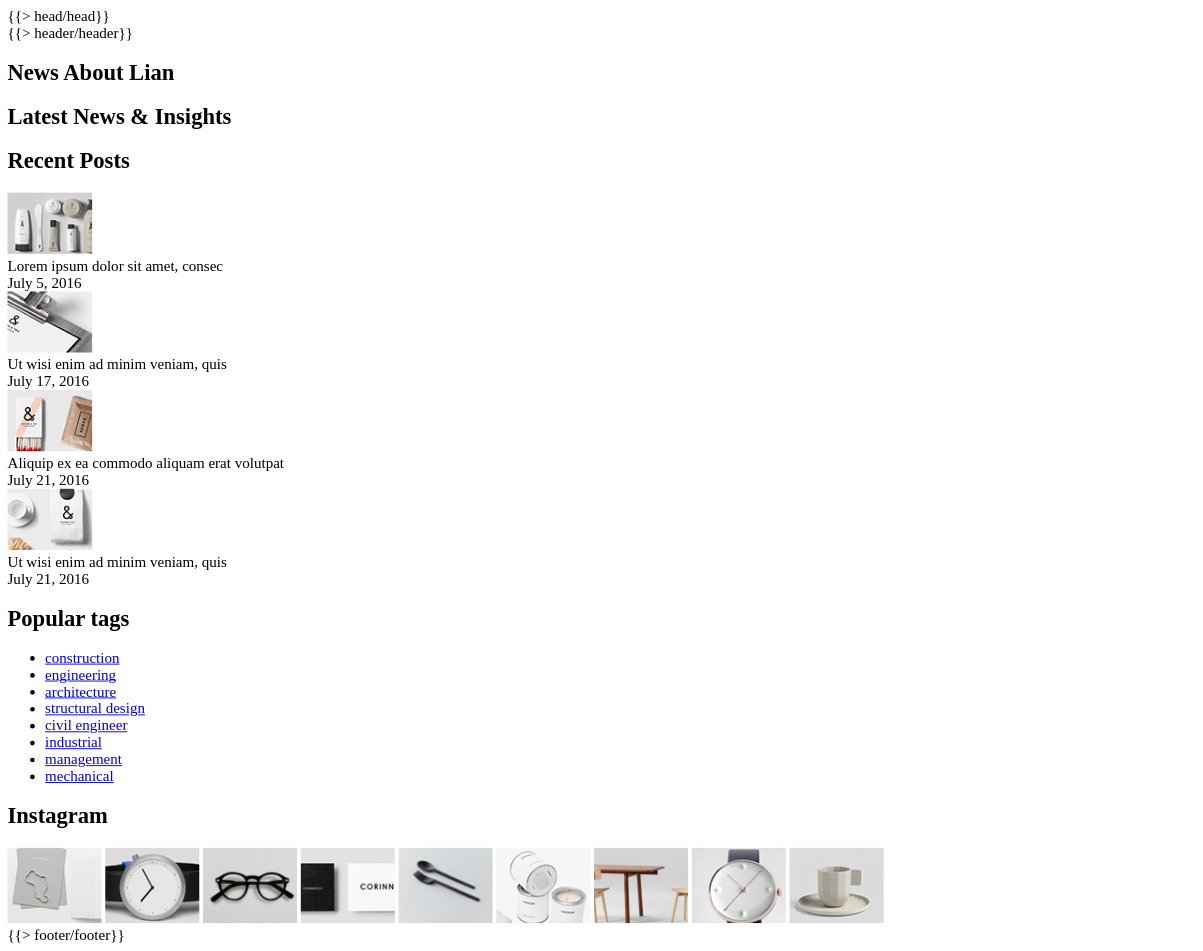
Repository: nataliiasaltan/Lian
Page: src/blog.html
An editor plug-in stored every save of this project. The page is shown before and after the next save, followed by the edit.
The browser window is 1280 px wide. The pictures show the whole page, at 94% of full size.

Above is the page before, as saved 2020-05-23 14:48:00.

After the next save:
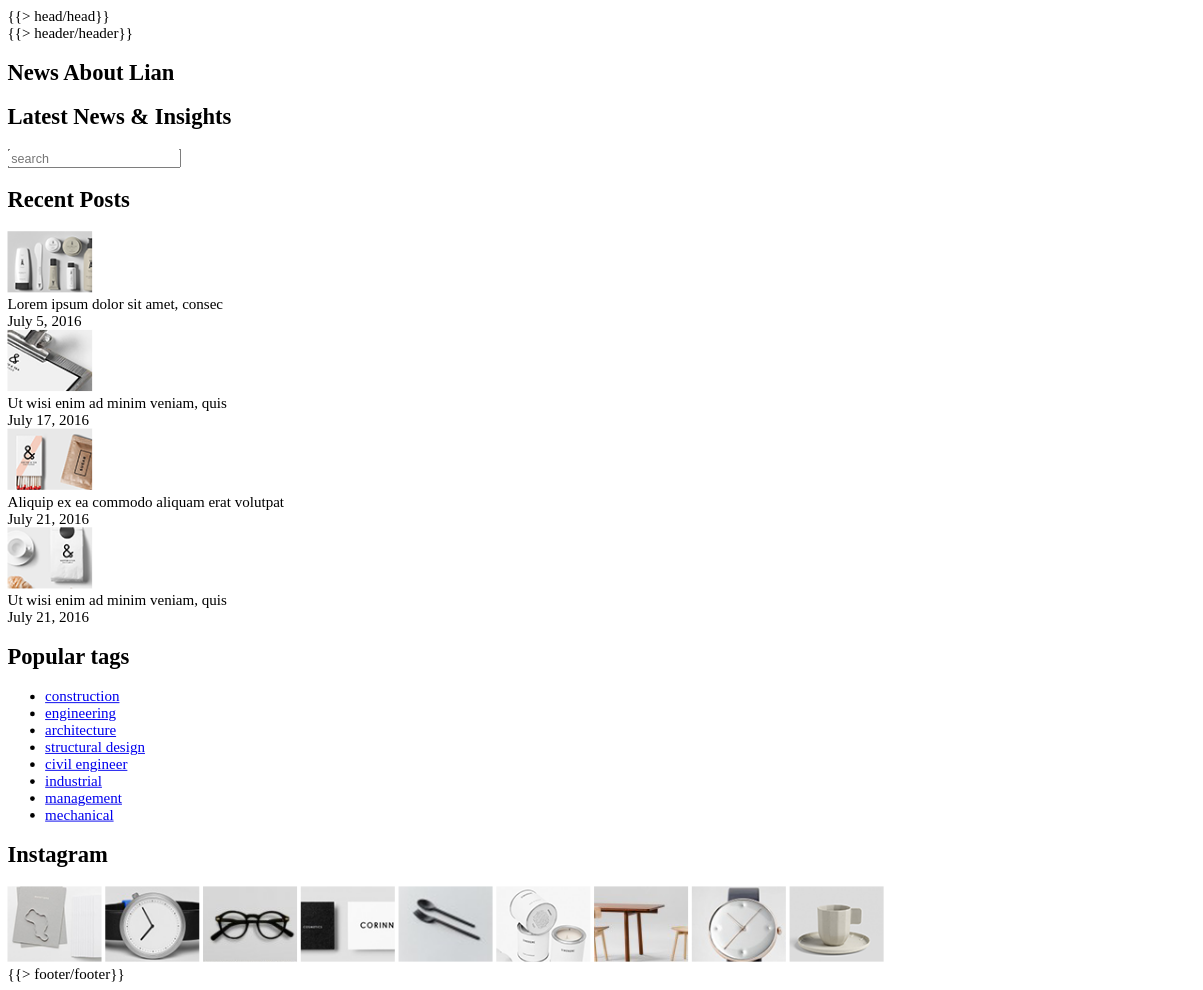
Saved 33 s later.
--- a/src/blog.html
+++ b/src/blog.html
@@ -35,7 +35,7 @@
                     </div>
                     <div class="blog__aside">
                         <div class="search-form">
-
+                            <input type="text" placeholder="search">
                         </div>
                         <div class="aside__wrapper">
                             <h2 class="aside__head">Recent Posts</h2>
